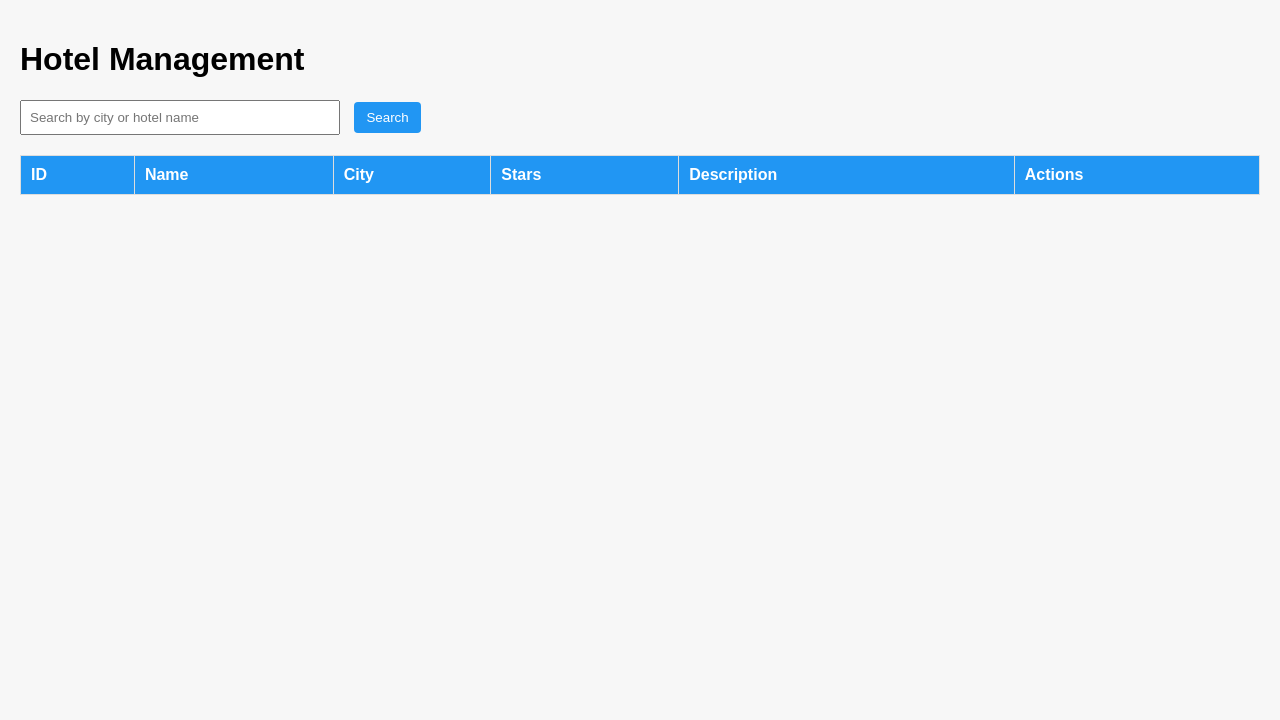
Repository: Trikisalem/examentp_jakarta
Page: http://localhost/hotel/admin/hotel.jsp
An editor plug-in stored every save of this project. The page is shown before and after the next save, followed by the edit.
The browser window is 1280 px wide. The pictures show the whole page.
The page is served by Tomcat 10. Nobody is signed in. The application's start-up code is not run. Queries for data that is not in the repository find no rows.

Above is the page before, as saved 2024-12-17 10:03:57.

After the next save:
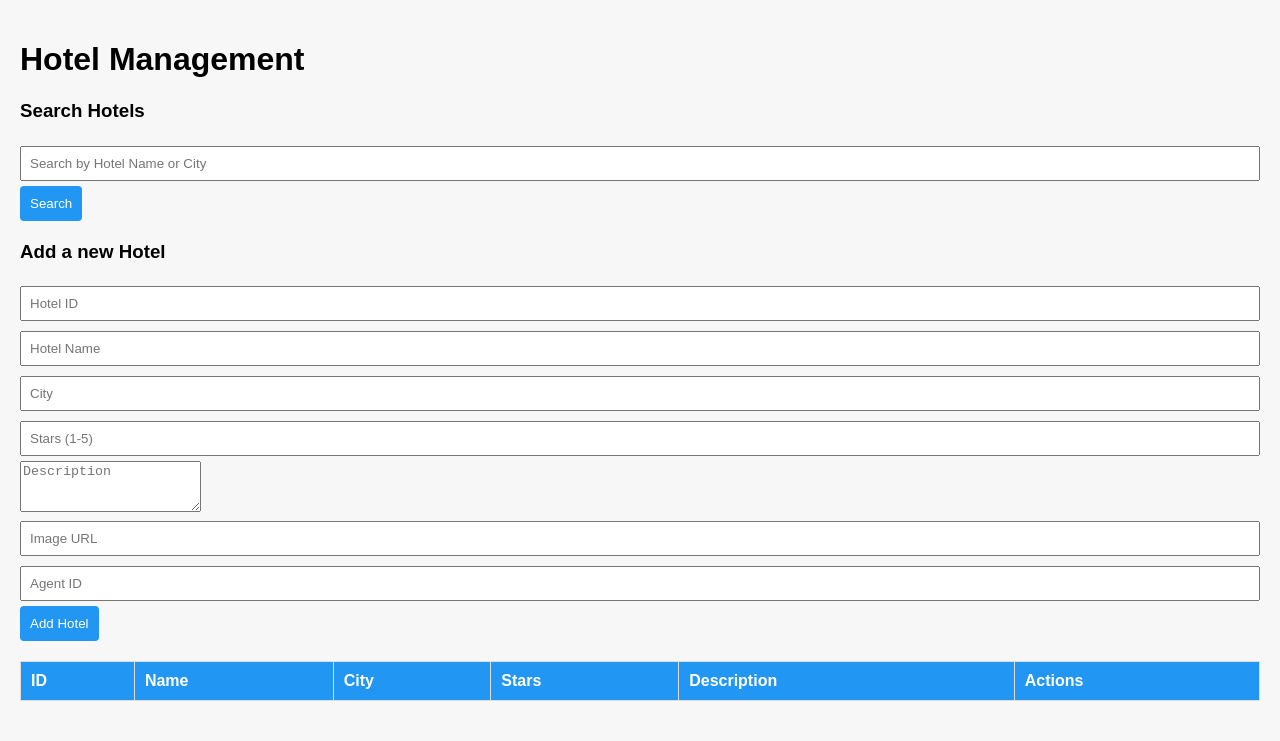
Saved 4 min 10 s later.
--- a/hotel/src/main/webapp/admin/hotel.jsp
+++ b/hotel/src/main/webapp/admin/hotel.jsp
@@ -1,5 +1,6 @@
 <%@ page language="java" contentType="text/html; charset=UTF-8" pageEncoding="UTF-8"%>
 <%@ page import="java.sql.*" %>
+<%@ page import="java.util.*" %>
 <!DOCTYPE html>
 <html lang="en">
 <head>
@@ -41,20 +42,21 @@
         .form-container, .search-container {
             margin: 20px 0;
         }
-        .search-container input {
+        .form-container input, .search-container input {
+            margin: 5px 0;
             padding: 8px;
-            width: 300px;
-            margin-right: 10px;
+            width: 100%;
+            box-sizing: border-box;
         }
-        .search-container button {
-            padding: 8px 12px;
+        .form-container button, .search-container button {
             background-color: #2196F3;
             color: white;
+            padding: 10px;
             border: none;
             border-radius: 4px;
             cursor: pointer;
         }
-        .search-container button:hover {
+        .form-container button:hover, .search-container button:hover {
             background-color: #0b7dda;
         }
     </style>
@@ -66,8 +68,24 @@
 <!-- Barre de recherche -->
 <div class="search-container">
     <form method="get" action="hotel.jsp">
-        <input type="text" name="search" placeholder="Search by city or hotel name" value="<%= request.getParameter("search") != null ? request.getParameter("search") : "" %>">
+        <h3>Search Hotels</h3>
+        <input type="text" name="searchName" placeholder="Search by Hotel Name or City" />
         <button type="submit">Search</button>
+    </form>
+</div>
+
+<!-- Formulaire pour ajouter un hôtel -->
+<div class="form-container">
+    <form method="post" action="hotel.jsp">
+        <h3>Add a new Hotel</h3>
+        <input type="number" name="id" placeholder="Hotel ID" required>
+        <input type="text" name="name" placeholder="Hotel Name" required>
+        <input type="text" name="city" placeholder="City" required>
+        <input type="number" name="stars" placeholder="Stars (1-5)" min="1" max="5" required>
+        <textarea name="description" placeholder="Description" rows="3" required></textarea>
+        <input type="text" name="image" placeholder="Image URL" required>
+        <input type="number" name="agent_id" placeholder="Agent ID">
+        <button type="submit">Add Hotel</button>
     </form>
 </div>
 
@@ -85,7 +103,7 @@
     </thead>
     <tbody>
         <%
-            // Connexion à la base de données
+            // Paramètres de connexion à la base de données
             String url = "jdbc:mysql://localhost:3306/hotel_management";
             String user = "root";
             String password = "triki";
@@ -94,19 +112,19 @@
             PreparedStatement stmt = null;
             ResultSet rs = null;
 
-            String searchParam = request.getParameter("search");
-            String query = "SELECT * FROM Hotel";
-
             try {
                 Class.forName("com.mysql.cj.jdbc.Driver");
                 conn = DriverManager.getConnection(url, user, password);
 
-                // Ajouter une condition WHERE si une recherche est effectuée
-                if (searchParam != null && !searchParam.trim().isEmpty()) {
+                // Récupérer le paramètre de recherche
+                String searchName = request.getParameter("searchName");
+                String query = "SELECT * FROM Hotel";
+
+                if (searchName != null && !searchName.trim().isEmpty()) {
                     query += " WHERE name LIKE ? OR city LIKE ?";
                     stmt = conn.prepareStatement(query);
-                    stmt.setString(1, "%" + searchParam + "%");
-                    stmt.setString(2, "%" + searchParam + "%");
+                    stmt.setString(1, "%" + searchName + "%");
+                    stmt.setString(2, "%" + searchName + "%");
                 } else {
                     stmt = conn.prepareStatement(query);
                 }
@@ -135,11 +153,10 @@
                 }
             } catch (Exception e) {
                 e.printStackTrace();
-                out.println("<p>Error: " + e.getMessage() + "</p>");
             } finally {
-                if (rs != null) try { rs.close(); } catch (SQLException e) {}
-                if (stmt != null) try { stmt.close(); } catch (SQLException e) {}
-                if (conn != null) try { conn.close(); } catch (SQLException e) {}
+                if (rs != null) rs.close();
+                if (stmt != null) stmt.close();
+                if (conn != null) conn.close();
             }
         %>
     </tbody>
